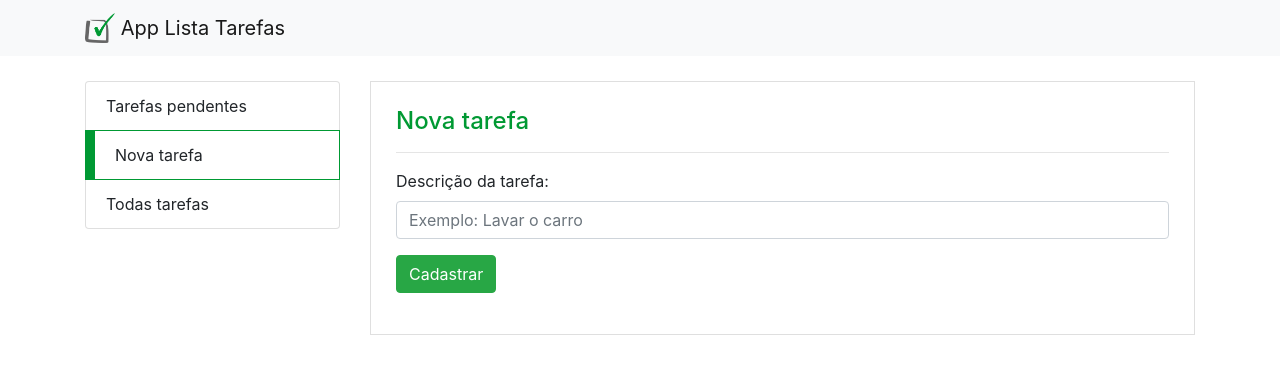
Repository: FredeRibeiro/htdocs-Desenvolvimento-Web-Completo-2019
Page: http://localhost/nova_tarefa.php
The author's editor kept a copy of each file at every save. The page is drawn from the files as they stood at one save, then again after the next save.
The browser window is 1280 px wide. The pictures show the whole page.
Some web libraries are served in a nearby version. The page is run by PHP 8.4 with error messages shown; the project is at /var/www/html/.

Above is the page before, as saved 2019-10-21 14:01:24.

After the next save:
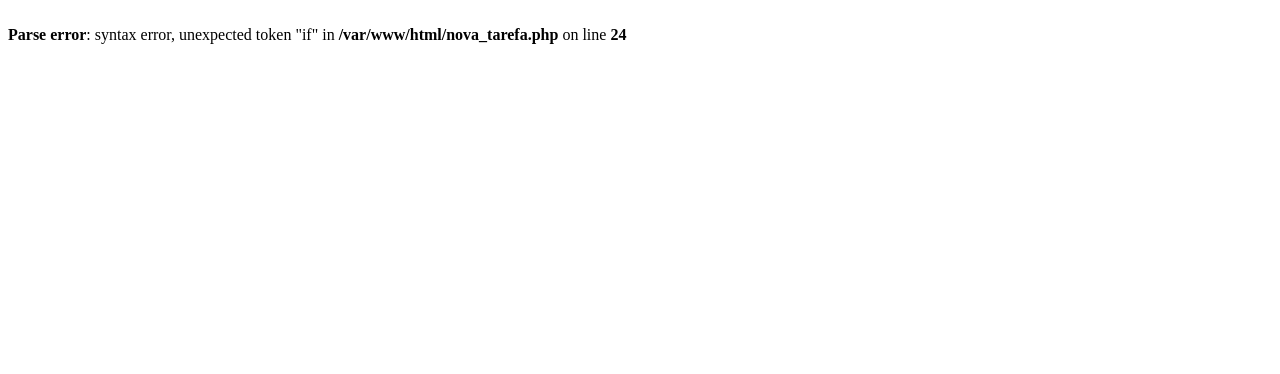
Saved 51 s later.
--- a/app_lista_tarefas_public/nova_tarefa.php
+++ b/app_lista_tarefas_public/nova_tarefa.php
@@ -19,11 +19,13 @@
 			</a>
 		</div>
 	</nav>
-	<? if (isset($_GET['inclusao']) && $_GET['inclusao'] == 1) { ?>
+	<?
+
+	$variavel = if (isset($_GET['inclusao']) && $_GET['inclusao'] == 1) { ?>
 		<div class="bg-success pt-2 text-white d-flex justify-content-center">
 			<h5>Tarefa inserida com sucesso!</h5>
 		</div>
-	<? } ?>
+	<? }; ?>
 	<div class="container app">
 		<div class="row">
 			<div class="col-md-3 menu">
